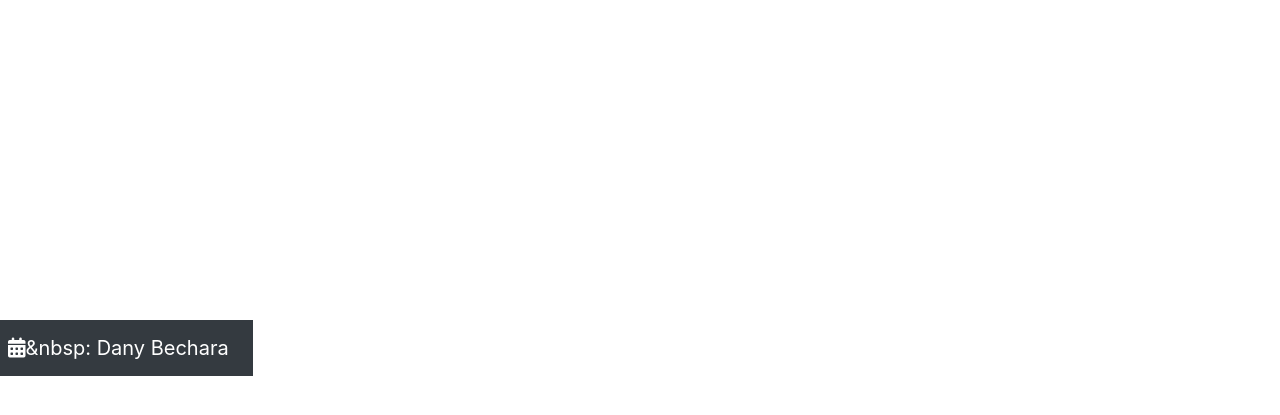
Repository: bechara611/calendar-frontend
Page: /
These files come from the project's save history. The page is drawn as it stood at one moment and after the next save; the edit follows.
The browser window is 1280 px wide. The pictures show the whole page.
The project was rebuilt for these pictures with package versions that can differ from the ones it lists, and the page was loaded fresh each time. Also part of the build but not shown: vite.config.js. Imported but missing from the stored project, and not drawn on this page: src/auth.

Above is the page before, as saved 2023-01-04 14:02:38.

### index.html
<!DOCTYPE html>
<html lang="en">
  <head>
    <meta charset="UTF-8" />
    <link rel="icon" type="image/svg+xml" href="/vite.svg" />
    <meta name="viewport" content="width=device-width, initial-scale=1.0" />
    <title>CalendarDB</title>
    <link rel="stylesheet" href="https://cdn.jsdelivr.net/npm/bootstrap@4.5.3/dist/css/bootstrap.min.css" integrity="sha384-TX8t27EcRE3e/ihU7zmQxVncDAy5uIKz4rEkgIXeMed4M0jlfIDPvg6uqKI2xXr2" crossorigin="anonymous">
    <link rel="stylesheet" href="https://cdnjs.cloudflare.com/ajax/libs/font-awesome/6.2.1/css/all.min.css" integrity="sha512-MV7K8+y+gLIBoVD59lQIYicR65iaqukzvf/nwasF0nqhPay5w/9lJmVM2hMDcnK1OnMGCdVK+iQrJ7lzPJQd1w==" crossorigin="anonymous" referrerpolicy="no-referrer" />
  </head>
  <body>
    <div id="root"></div>
    <script type="module" src="/src/main.jsx"></script>
  </body>
</html>

### src/main.jsx
import React from 'react'
import ReactDOM from 'react-dom/client'
import { BrowserRouter } from 'react-router-dom'
import { CalendarApp } from './CalendarApp'
import './styles.css'

ReactDOM.createRoot(document.getElementById('root')).render(
  <React.StrictMode>

    <BrowserRouter>
      <CalendarApp />
    </BrowserRouter>

    </React.StrictMode>,
)

### src/CalendarApp.jsx
import React from 'react'
import { AppRouter } from './router/AppRouter'

export const CalendarApp = () => {
  return (
   <AppRouter></AppRouter>
  )
}

### src/router/AppRouter.jsx
import React from 'react'
import { Navigate, Route, Routes } from 'react-router-dom'
import { LoginPages } from '../auth/'
import { CalendarPages } from '../calendar/'


export const AppRouter = () => {
 // const authStatus = 'not-authenticated'
  const authStatus = 'authenticated'
  return (
    <Routes>
      {
        (authStatus === 'not-authenticated'
          ? <Route path='/auth/*' element={<LoginPages></LoginPages>}></Route>
          : <Route path='/*' element={<CalendarPages></CalendarPages>}></Route>
        )
      }
      <Route path='/*' element={<Navigate to={'/auth/login'}></Navigate>}></Route>

    </Routes>
  )
}

### src/calendar/index.js
export * from './pages/CalendarPages'
export * from './components/NavBar'

### src/calendar/pages/CalendarPages.jsx
import React from 'react'
import { NavBar } from '../components/NavBar'

export const CalendarPages = () => {
  return (
 <NavBar></NavBar>
  )
}

### src/calendar/components/NavBar.jsx
import React from 'react'

export const NavBar = () => {
  return (
    <div className="navbar navbar-dark bg-dark mb-4 px-2">
    <span className='navbar-brand'>
    <i className='fas fa-calendar-alt'></i>
    &nbsp:
    Dany Bechara
    </span>
    </div>
  )
}

Loaded but not shown: src/styles.css (common file)

After the next save:
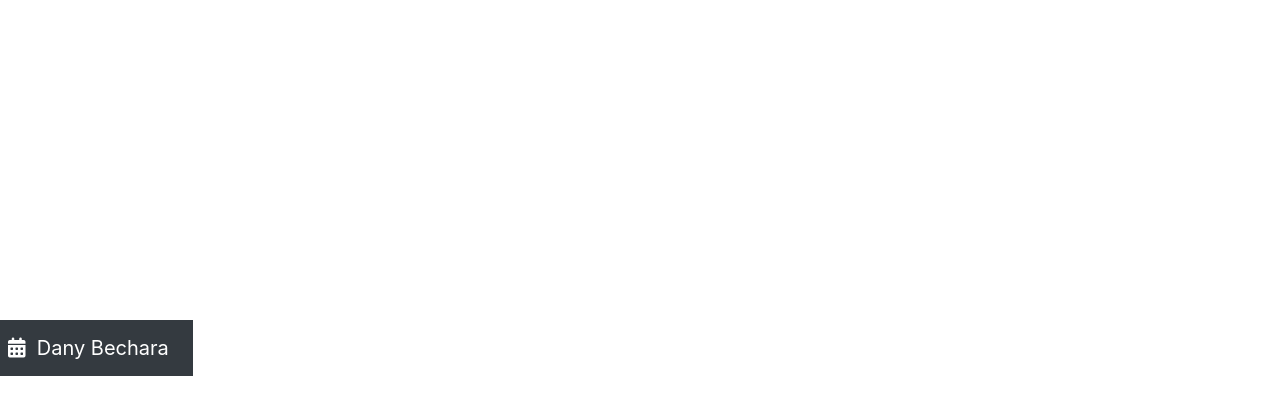
Saved 13 s later.
--- a/src/calendar/components/NavBar.jsx
+++ b/src/calendar/components/NavBar.jsx
@@ -5,7 +5,7 @@ export const NavBar = () => {
     <div className="navbar navbar-dark bg-dark mb-4 px-2">
     <span className='navbar-brand'>
     <i className='fas fa-calendar-alt'></i>
-    &nbsp:
+    &nbsp;
     Dany Bechara
     </span>
     </div>
